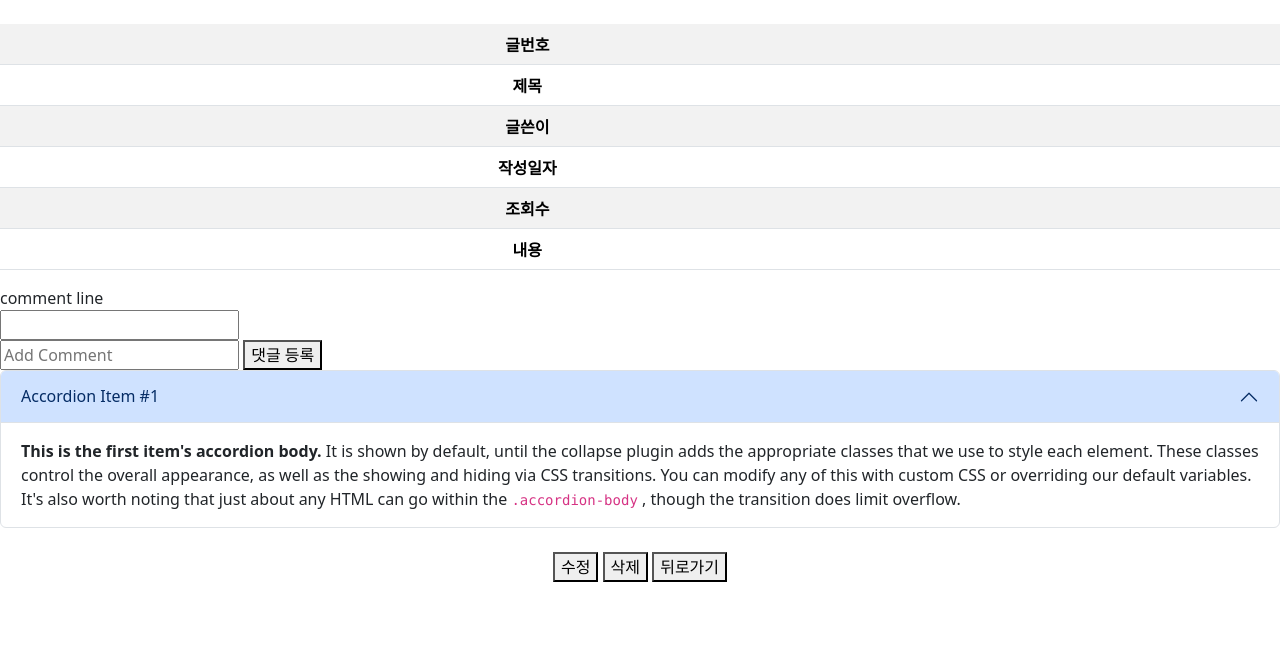
Repository: sujeong1799/JSP
Page: http://localhost/jsp_project/board/detail.jsp
These files come from the project's save history. The page is drawn as it stood at one moment and after the next save; the edit follows.
The browser window is 1280 px wide. The pictures show the whole page.
The page is served by Tomcat 9. The template is opened directly, without the code that normally fills it, so the values that code supplies are empty.

Above is the page before, as saved 2023-05-19 02:16:10.

After the next save:
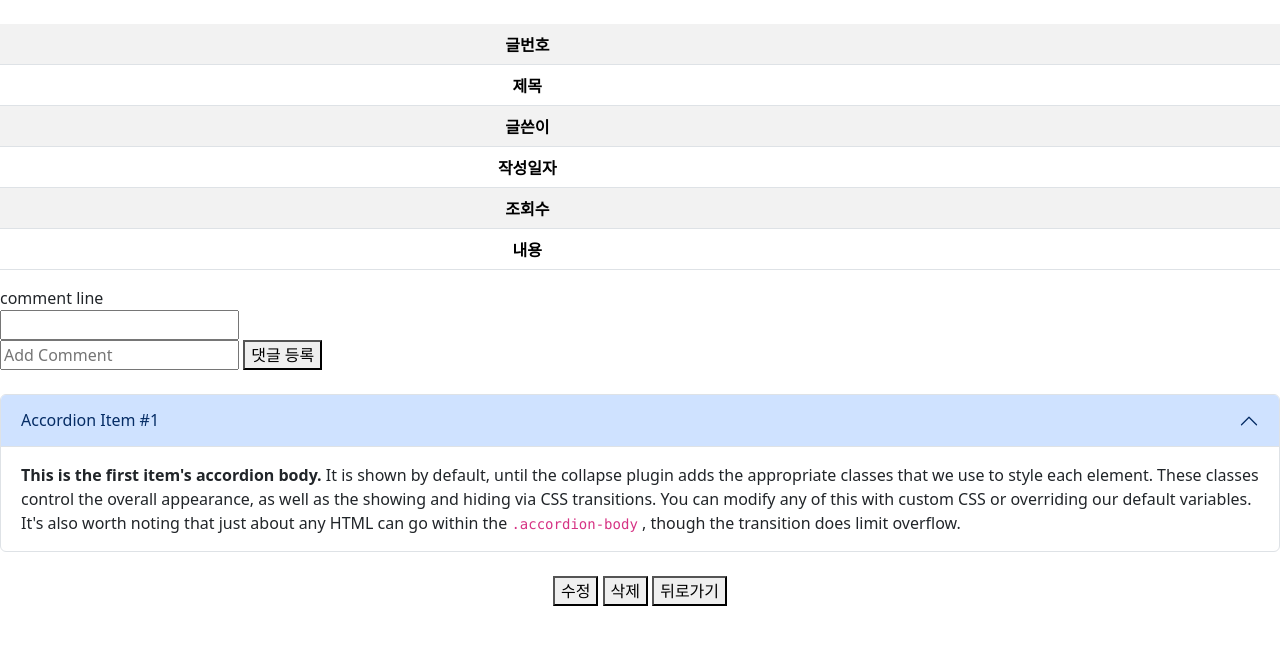
Saved 14 s later.
--- a/jsp_project2/jsp_project/src/main/webapp/board/detail.jsp
+++ b/jsp_project2/jsp_project/src/main/webapp/board/detail.jsp
@@ -44,7 +44,8 @@
 			<td>${bvo.content }</td>
 		</tr>
 	</table>
-	<div></div>
+
+	<div>
 	comment line<br>
 	<!-- 댓글 작성 라인 -->
 	<!-- id로 받는 이유는? 무라고요??? name으로 받는거는 컨트롤러로 바로 가려고  -->
@@ -54,6 +55,7 @@
 	<!-- submit으로 보낼거 아니니까 타입 button -->
 	<button type="button" id="cmtAddbtn">댓글 등록</button>
 	</div>
+	<br>
 	<!-- 댓글 표시 라인 -->
 		<div class="accordion" id="accordionExample">
 			<div class="accordion-item">
